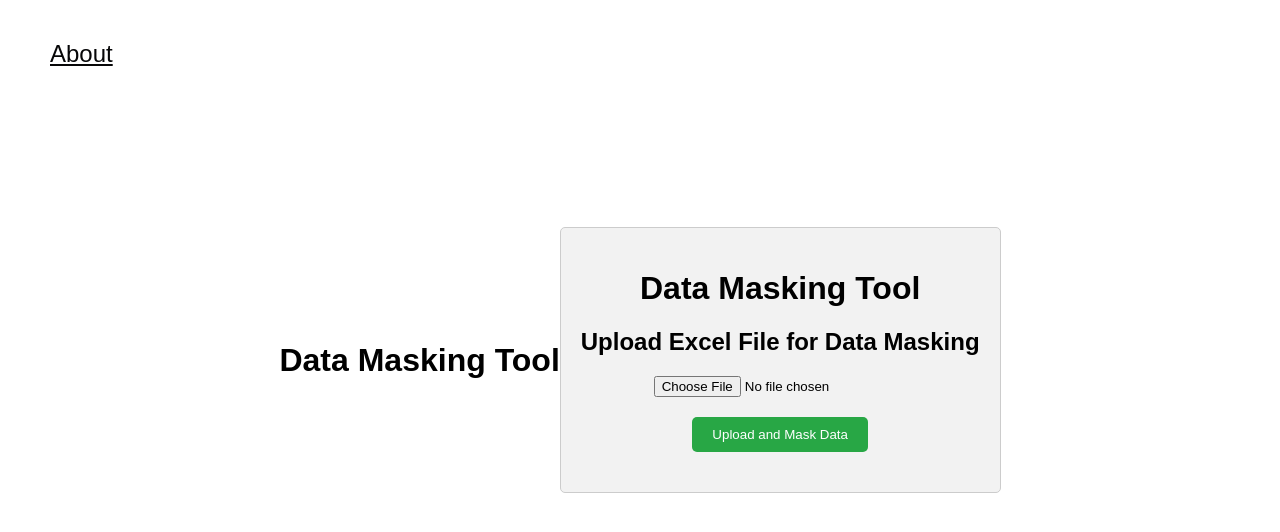
Repository: prithika12/DataMasking_Tool
Page: index.html
The author's editor kept a copy of each file at every save. The page is drawn from the files as they stood at one save, then again after the next save.
The browser window is 1280 px wide. The pictures show the whole page.

Above is the page before, as saved 2024-07-09 11:50:26.

### index.html
<!DOCTYPE html>
<html>
<head>
    <h1>Data Masking Tool</h1>
    <style>
        body {
            font-family: Arial, sans-serif;
            margin: 0;
            padding: 0;
            display: flex;
            justify-content: center; /* Center horizontally */
            align-items: center; /* Center vertically */
            height: 100vh; /* Full viewport height */
        }
        .container {
            max-width: 600px;
            padding: 20px;
            background-color: #f2f2f2;
            border: 1px solid #ccc;
            border-radius: 5px;
        }
        h1, h2 {
            text-align: center;
        }
        input[type="file"] {
            display: block;
            margin: 20px auto;
        }
        button {
            display: block;
            margin: 20px auto;
            padding: 10px 20px;
            background-color: #28a745;
            color: white;
            border: none;
            border-radius: 5px;
            cursor: pointer;
        }
        button:hover {
            background-color: #218838;
        }
        .about-link {
            position: absolute;
            top: 20px;
            left: 20px;
            padding: 20px 30px;
        }
        .about-link a {
            color: #070708;
            font-size: x-large;
            text-decoration: underline;
        }
        .about-link a:hover {
            text-decoration: underline;
        }
    </style>
</head>
<body>
    <div class="container">
        <h1>Data Masking Tool</h1>
        <h2>Upload Excel File for Data Masking</h2>
        <form action="/uploader" method="post" enctype="multipart/form-data">
            <input type="file" name="file" accept=".xlsx">
            <button type="submit">Upload and Mask Data</button>
        </form>
    </div>
    <div class="about-link">
        <a href="https://github.com/prithika12/DataMasking_Tool/blob/main/README.md" target="_blank">About</a>
    </div>
</body>
</html>

After the next save:
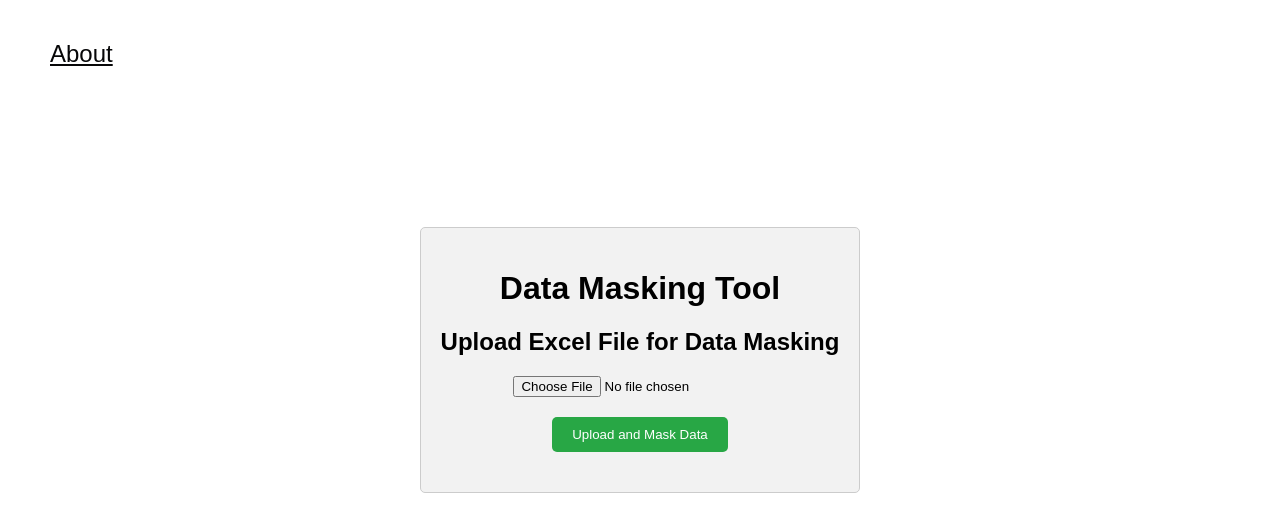
Saved 12 s later.
--- a/index.html
+++ b/index.html
@@ -1,7 +1,7 @@
 <!DOCTYPE html>
 <html>
 <head>
-    <h1>Data Masking Tool</h1>
+    <title>Data Masking Tool</title>
     <style>
         body {
             font-family: Arial, sans-serif;
